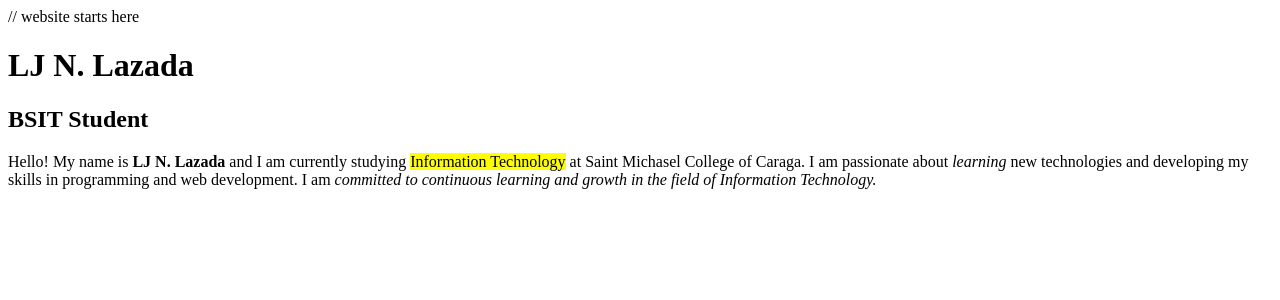
Repository: ljlazada11/myfirsthtml
Page: index.html
The author's editor kept a copy of each file at every save. The page is drawn from the files as they stood at one save, then again after the next save.
The browser window is 1280 px wide. The pictures show the whole page.

Above is the page before, as saved 2026-06-24 18:54:56.

### index.html
<!DOCTYPE html>
<html lang="en">
<head>
    <meta charset="UTF-8">
    <meta name="viewport" content="width=device-width, initial-scale=1.0">
    <title>My Personal Web Profile</title>
    <link rel="icon" type="image/x-icon" href="images.png">
    // website starts here

</head>
<body>
    <h1>LJ N. Lazada</h1>
    <h2>BSIT Student</h2>
    <p>Hello! My name is <strong>LJ N. Lazada</strong> and I am currently studying <mark>Information Technology</mark> at Saint Michasel College of Caraga. I am passionate about <i>learning</i> new technologies and developing my skills in programming and web development. I am <em>committed to continuous learning and growth in the field of Information Technology.</p>
</body>
</html>

After the next save:
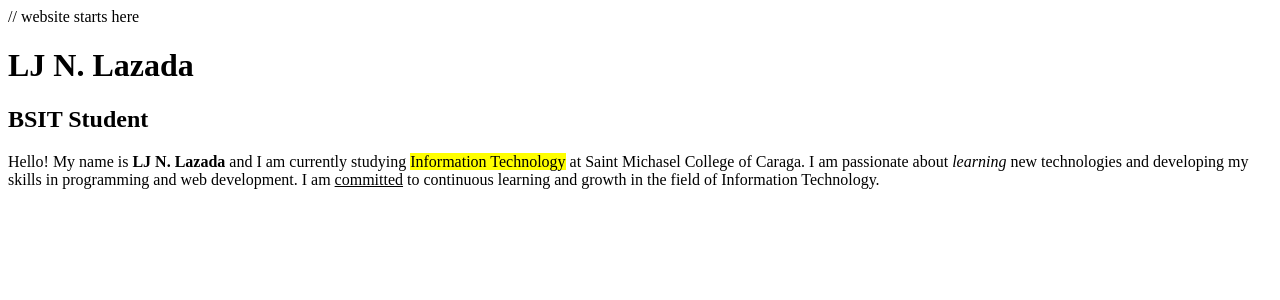
Saved 53 s later.
--- a/index.html
+++ b/index.html
@@ -11,6 +11,6 @@
 <body>
     <h1>LJ N. Lazada</h1>
     <h2>BSIT Student</h2>
-    <p>Hello! My name is <strong>LJ N. Lazada</strong> and I am currently studying <mark>Information Technology</mark> at Saint Michasel College of Caraga. I am passionate about <i>learning</i> new technologies and developing my skills in programming and web development. I am <em>committed to continuous learning and growth in the field of Information Technology.</p>
+    <p>Hello! My name is <strong>LJ N. Lazada</strong> and I am currently studying <mark>Information Technology</mark> at Saint Michasel College of Caraga. I am passionate about <i>learning</i> new technologies and developing my skills in programming and web development. I am <ins>committed</ins> to continuous learning and growth in the field of Information Technology.</p>
 </body>
 </html>
